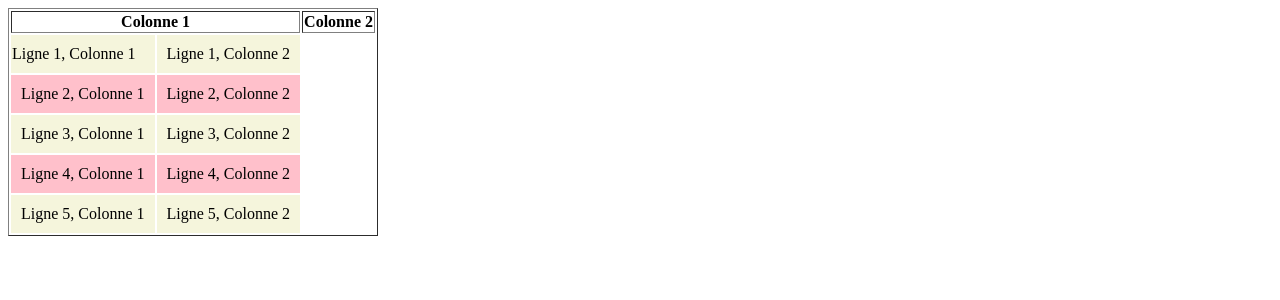
Repository: Chaimaa482/web-tp4
Page: ex1.html
The author's editor kept a copy of each file at every save. The page is drawn from the files as they stood at one save, then again after the next save.
The browser window is 1280 px wide. The pictures show the whole page.

Above is the page before, as saved 2023-10-22 15:33:38.

### ex1.html
<!DOCTYPE html>
<html>
<head>
</head>
<body>
    <table id="myTable" border="1">
        <tr>
            <th>Colonne 1</th>
            <th>Colonne 2</th>
        </tr>
        <tr>
            <td>Ligne 1, Colonne 1</td>
            <td>Ligne 1, Colonne 2</td>
        </tr>
        <tr>
            <td>Ligne 2, Colonne 1</td>
            <td>Ligne 2, Colonne 2</td>
        </tr>
        <tr>
            <td>Ligne 3, Colonne 1</td>
            <td>Ligne 3, Colonne 2</td>
        </tr>
        <tr>
            <td>Ligne 4, Colonne 1</td>
            <td>Ligne 4, Colonne 2</td>
        </tr>
        <tr>
            <td>Ligne 5, Colonne 1</td>
            <td>Ligne 5, Colonne 2</td>
        </tr>
    </table>

    <script>
        // Enlever la bordure intérieure du tableau
        var table = document.getElementById("myTable");
        var cells = table.getElementsByTagName("td");
        for (var i = 0; i < cells.length; i++) {
            cells[i].style.border = "none";
        }

        // Fusionner les cellules de la première ligne
        var th = table.querySelector("tr:first-child th");
        th.colSpan = 2;

        // Donner une couleur de fond rose aux lignes paires et beige aux lignes impaires
        var rows = table.querySelectorAll("tr");
        for (var i = 1; i < rows.length; i++) {
            if (i % 2 === 0) {
                rows[i].style.backgroundColor = "pink";
            } else {
                rows[i].style.backgroundColor = "beige";
            }
        }

        // Donner une classe col1 aux colonnes paires et col2 aux colonnes impaires
        var cellsCol1 = table.getElementsByClassName("col1");
        var cellsCol2 = table.getElementsByClassName("col2");
        for (var i = 0; i < cells.length; i++) {
            if (i % 2 === 0) {
                cells[i].className = "col1";
            } else {
                cells[i].className = "col2";
            }
        }

        // Augmenter le padding de toutes les cellules sauf celles de la première ligne
        for (var i = 1; i < cells.length; i++) {
            cells[i].style.padding = "10px";
        }
    </script>
</body>
</html>

After the next save:
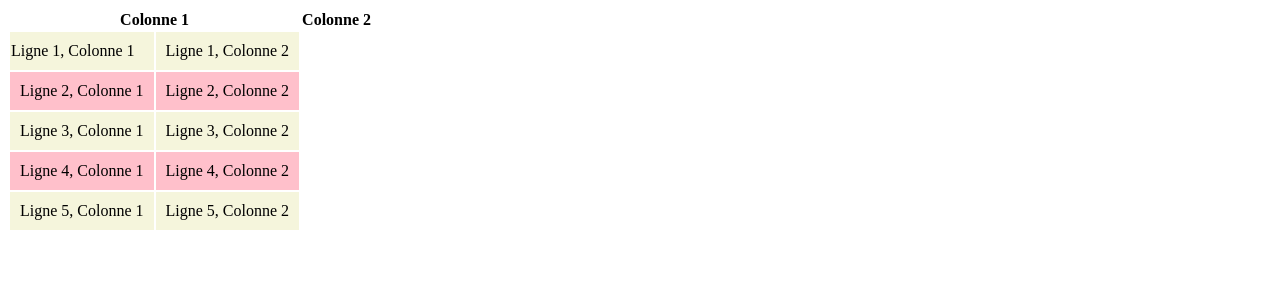
Saved 8 s later.
--- a/ex1.html
+++ b/ex1.html
@@ -3,7 +3,7 @@
 <head>
 </head>
 <body>
-    <table id="myTable" border="1">
+    <table id="myTable">
         <tr>
             <th>Colonne 1</th>
             <th>Colonne 2</th>

After the 2 saves that followed:
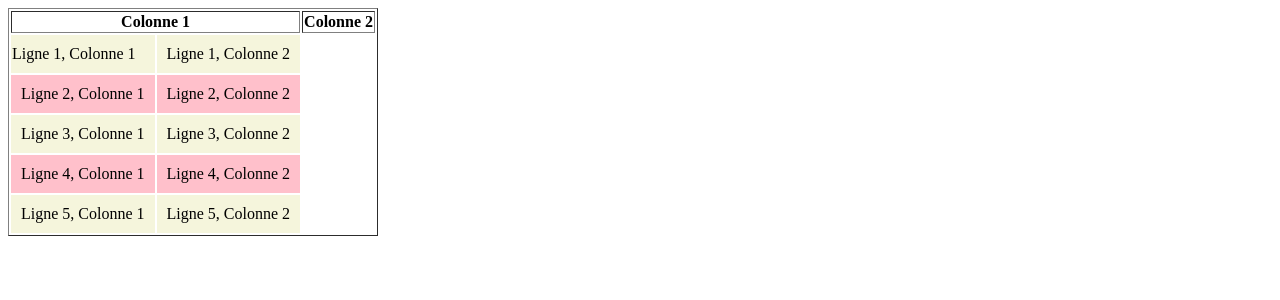
The 2 saves are shown as one change because they came seconds apart.
The last was saved 7 s later.
--- a/ex1.html
+++ b/ex1.html
@@ -3,7 +3,7 @@
 <head>
 </head>
 <body>
-    <table id="myTable">
+    <table id="myTable" border="1">
         <tr>
             <th>Colonne 1</th>
             <th>Colonne 2</th>
